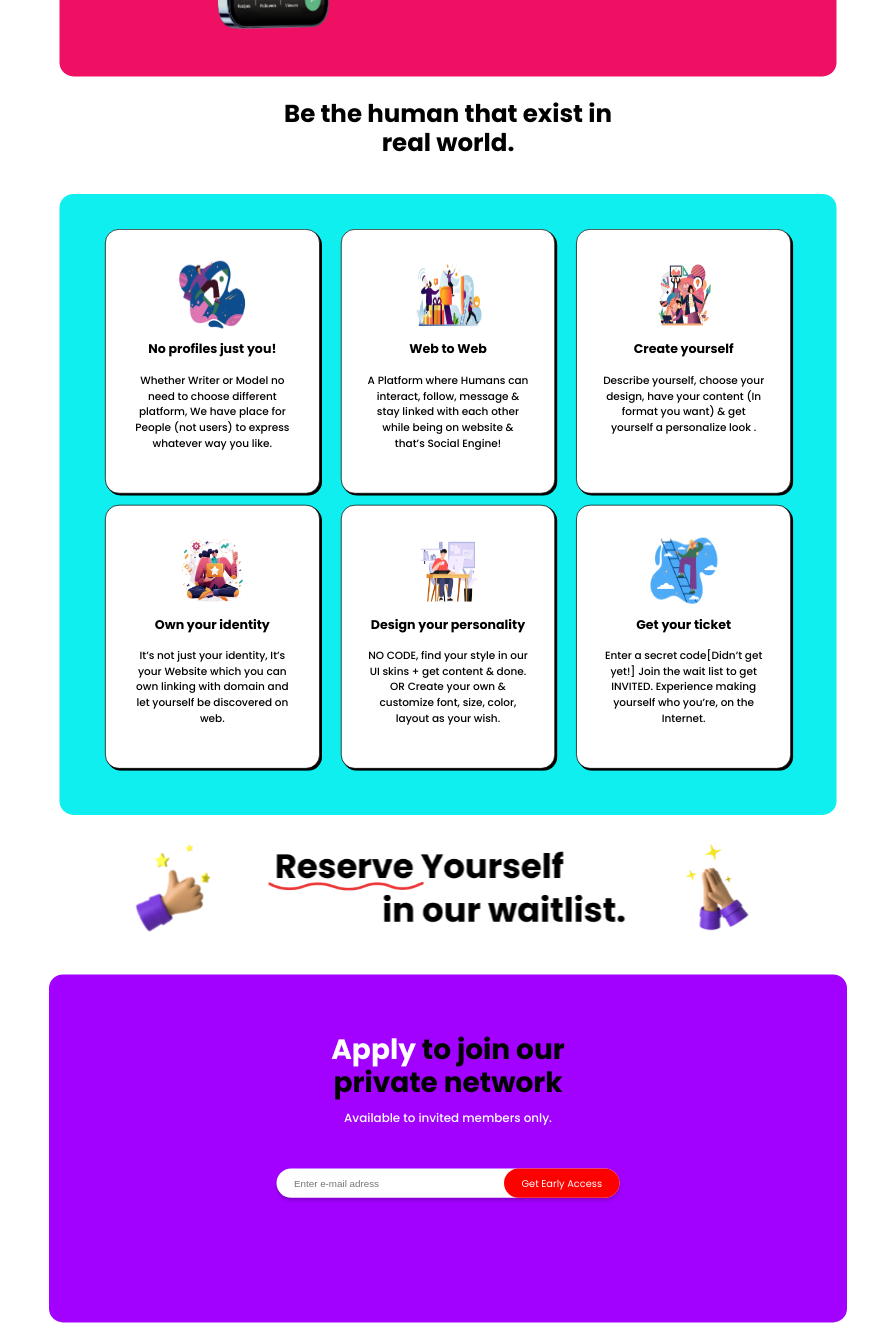
Repository: itsmesikandar/swavy.in.github.io
Page: index.html
The author's editor kept a copy of each file at every save. The page is drawn from the files as they stood at one save, then again after the next save.
The browser window is 1280 px wide. The pictures show the part of the page from y = 3413 to 5333 px (the page is 5329 px tall before and 5333 px after), at 70% of full size.

Above is the page before, as saved 2023-02-24 20:07:27.
Console error: TypeError: Cannot read properties of undefined (reading 'fn')

### index.html
<!DOCTYPE html>
<html lang="en">
<head>
  <title>Swavy | Not Just Social Media</title>
  <link rel="icon" type="image/x-icon" href="/images/favicon.png">
  <meta charset="UTF-8">
  <meta name="viewport" content="width=device-width, initial-scale=1.0">
  <meta http-equiv="X-UA-Compatible" content="ie=edge">
  <link rel="stylesheet" href="vendors/owl-carousel/css/owl.carousel.min.css">
  <link rel="stylesheet" href="vendors/owl-carousel/css/owl.theme.default.css">
  <link rel="stylesheet" href="vendors/mdi/css/materialdesignicons.min.css">
  <link rel="stylesheet" href="vendors/aos/css/aos.css">
  <link rel="stylesheet" href="css/style.min.css">
  <link rel="stylesheet" href="css/style.css">
  <link rel="stylesheet"
        href="https://cdnjs.cloudflare.com/ajax/libs/OwlCarousel2/2.3.4/assets/owl.carousel.min.css"
        integrity="sha512-tS3S5qG0BlhnQROyJXvNjeEM4UpMXHrQfTGmbQ1gKmelCxlSEBUaxhRBj/EFTzpbP4RVSrpEikbmdJobCvhE3g=="
        crossorigin="anonymous" />
  <link rel="stylesheet"
        href="https://cdnjs.cloudflare.com/ajax/libs/OwlCarousel2/2.3.4/assets/owl.theme.default.min.css"
        integrity="sha512-sMXtMNL1zRzolHYKEujM2AqCLUR9F2C4/05cdbxjjLSRvMQIciEPCQZo++nk7go3BtSuK9kfa/s+a4f4i5pLkw=="
        crossorigin="anonymous" />

</head>
<body id="body" data-spy="scroll" data-target=".navbar" data-offset="100">
  <header id="header-section">
    <nav class="navbar navbar-expand-lg pl-3 pl-sm-0 py-4" id="navbar">
      <div class="container">
        <div class="navbar-brand-wrapper d-flex ">
          <h4 style="color:rgb(253, 81, 1); font-size: 18px; font-weight: 600;">#NotJustSocialMedia</h4>
        </div>
      </div>
    </nav>
  </header>
  <div class="content-wrapper">
    <div class="container bg_color_zero">
      <section class="row align-items-center justify-content-center">

        <div class=" col-lg-offset-2 col-lg-5 col-md-6 mt-4 ">
          <div class="">
            <h1 class="m-0 font-wt-h1 mb-4">Discover the best<br> form of yourself</h1>
            <p class="font-wt-h ">Where humans create themselves, not Platform!</p>
            <img onclick="imgClick()" class="mt-2 section-hero" width="60%" src="images/img-top.png" >
          </div>
        </div>
        <div class="col-lg-5 col-md-6 ">
          <div class="py-5" id="imgr">
            <img src="images/vlog.png" >
          </div>
        </div>
      </div>
      <!-- <h1 class="font-weight-semibold margin-top" id="ht">Discover<br>The Best Form Of Yourself</h1>
      <h5 class="font-weight-normal text-muted pb-3">Where humans create themselves, not Platform.</h5>
      <img src="images/hero-img.png" alt="" class="img-fluid"> -->
    </div>
  </div>
      <div class="content-wrapper ">

        <div class="container">

          <section class="features-overview bg_color_first " id="features-section" >

            <div class="content-header  ">
              <h2 class="section-subtitle color-white"><b>Where you can</b></h4>
              <h2 class="color-white"><b>Show what you are but better.</b></h4>
            </div>

            <div class="d-md-flex justify-content-between mx-5">
              <div class="grid-margin justify-content-center bg_color_white box-shadow-3d-a mx-5 px-2">
                <div class="features-width text-center py-3 pt-5">
                  <img src="images/nomore.png" width="100" height="100" alt="" class="img-icons">
                  <h5 class="py-3 font-weigh-sub">No More<br>Default Profiles</h5>
                  <p class="text-muted font-wt-p">Forget that default profile design that matches with Billions other!</p>
                </div>
              </div>
              <div class="grid-margin  justify-content-center bg_color_white box-shadow-3d-b mx-5 px-2">
                <div class="features-width text-center py-3 pt-5">
                  <img src="images/noplatform.jpg" width="100" height="100" alt="" class="img-icons">
                  <h5 class="py-3 font-weigh-sub">No Need Of<br>Different Platform</h5>
                  <p class="text-muted font-wt-p">Does platform limits you expression: some allows video, image or text only?
                  </p>
                </div>
              </div>
              <div class="grid-margin justify-content-center bg_color_white box-shadow-3d-c mx-5 px-2">
                <div class="features-width text-center py-3 pt-5">
                  <img src="images/tenent.png" width="100" height="100" alt="" class="img-icons">
                  <h5 class="py-3 font-weigh-sub">You No Need<br>To Live As Tenant</h5>
                  <p class="text-muted font-wt-p">Own your virtual identity, like you own your real life.~Web+Domain, for free.</p>
                </div>
              </div>
            </div>
          </section>

          <div class="col-12 text-center pb-4">
            <h2 class="section-subtitle mt-5"><b>Bring Your Ideas Into Life</b></h2>
          </div>

          <section class=" features-overview customer-feedback bg_color_second" id="feedback-section">
            <div class="container">
              <div class="row">
                <div class="col-12 paa-5">
                  <div class="owl-carousel owl-theme">
                    <div class="card customer-cards">
                      <img src="images/educator.png"  alt="" >
                    </div>
                    <div class="card customer-cards">
                      <img src="images/creator.png"  alt="" >
                    </div>
                    <div class="card customer-cards">
                      <img src="images/model.png"  alt="" >
                    </div>
                    <div class="card customer-cards">
                      <img src="images/writer.png"  alt="" >
                    </div>
                  </div>
                </div>
              </div>
            </div>

          </section>

          <section class="features-overview bg_color_third " id="features-section" >
            <div class="container">
              <div class="row align-items-center ">
                <div class="col-12  col-lg-offset-1 col-lg-6 grid-margin grid-margin-lg-0 align-left pl-5 pt-5 pb-5 align-items-center justify-content-center" data-aos="fade-right">
                  <h2 class="m-0 font-wt-h3 mb-5">Makes your Personality<br>visible like your<br>Identity.</h2>
                  <div class="col-lg-12  font-wt-wb box-shadow-3d-d">
                    <p class=" font-wt-c mt-2">Whether you are a model who never skips shooting, a blogger who writes about his life and publishes online, or a seller who sends products with happiness.</p>
                    <p class="font-wt-c ">Whatever your personality is, it can now be reflected online, No Different Platform.</p>
                    <h4 class="font-wt-p color-black">#PlaceForAll</h4>
                  </div>
                </div>
                <div class="col-12  col-lg-6  img-digital grid-margin grid-margin-lg-0 pr-5 pt-5 pb-5" data-aos="fade-left">
                  <div class="carousel slide" data-ride="carousel">
                    <div class="carousel-inner">
                      <div class="carousel-item active">
                        <img src="images/vlog.png" alt="" class="img-fluid d-block w-100">
                      </div>
                      <div class="carousel-item ">
                        <img src="images/show.png" alt="" class="img-fluid d-block w-100">
                      </div>
                      <div class="carousel-item ">
                        <img src="images/podcast.png" alt="" class="img-fluid d-block w-100">
                      </div>
                      <div class="carousel-item ">
                        <img src="images/sell.png" alt="" class="img-fluid d-block w-100">
                      </div>
                    </div>
                  </div>
                </div>
              </div>
            </div>
          </section>

          <section class="features-overview bg_color_fourth " id="features-section" >
            <div class="container">
              <div class="row align-items-center ">
                <div class="col-12 col-lg-6  img-digital grid-margin grid-margin-lg-0 pl-5 pt-5 pb-5 " data-aos="fade-right">
                  <div class="carousel slide" data-ride="carousel">
                    <div class="carousel-inner">
                      <div class="carousel-item active">
                        <img src="images/class.png" alt="" class="img-fluid d-block w-100">
                      </div>
                      <div class="carousel-item ">
                        <img src="images/radhika.png" alt="" class="img-fluid d-block w-100">
                      </div>
                      <div class="carousel-item ">
                        <img src="images/news.png" alt="" class="img-fluid d-block w-100">
                      </div>
                    </div>
                  </div>
                </div>
                <div class="col-12 col-lg-6 col-lg-offset-1 grid-margin grid-margin-lg-0 align-left pr-5 pt-5 pb-5" data-aos="fade-left">
                  <h3 class="m-0 font-wt-h3 mb-5">Share your knowledge<br> with people around the world.</h3>
                  <div class="col-lg-12  font-wt-wb box-shadow-3d-d">
                    <p class="font-wt-c mt-2">Now you don't need any medium to publish articles, Don't need to create an app to teach or be on TV to spread your cooking skills.</p>
                    <p class="font-wt-c">Just create, design and connect with everyone, through website to website!.</p>
                    <h4 class="font-wt-p color-black">#PlaceWhereHumanExists</h4>
                  </div>
                </div>
              </div>
            </div>
          </section>

          <div class="col-12 text-center py-4 mt-2">
            <h2><b>Be the human that exist in<br>real world.</b></h2>
          </div>

          <section class="case-studies bg_color_fifth" id="case-studies-section">
            <div class="container">
              <div class="row ">


                <div class="col-12 col-md-6 col-lg-4 stretch-card mb-3 mb-lg-3 " data-aos="zoom-in">
                  <div class="card customer-cards font-wt-wb box-shadow-3d-e">
                    <div class="card-body">
                      <div class="text-center">
                        <img src="images/goalive.png" width="100" height="100" alt="" class="img-customer">
                        <div class="content-divider m-auto"></div>
                        <h6 class="card-title pt-3 font-weigh-sub">No profiles just you!</h6>
                        <p class="m-0 py-3  font-wt-p">Whether Writer or Model no need to choose different platform, We have place for People (not users) to express whatever way you like.</p>
                      </div>
                    </div>
                  </div>
                </div>

                <div class="col-12 col-md-6 col-lg-4 stretch-card mb-3 mb-lg-3 " data-aos="zoom-in" data-aos-delay="200">
                  <div class="card customer-cards card customer-cards font-wt-wb box-shadow-3d-e">
                    <div class="card-body">
                      <div class="text-center">
                        <img src="images/friends.jpg" width="100" height="100" alt="" class="img-customer">
                        <div class="content-divider m-auto"></div>
                        <h6 class="card-title pt-3 font-weigh-sub">Web to Web</h6>
                        <p class="m-0 py-3 font-wt-p">A Platform where Humans can interact, follow, message & stay linked with each other while being on website & that’s Social Engine!</p>
                      </div>
                    </div>
                  </div>
                </div>

                <div class="col-12 col-md-6 col-lg-4 stretch-card mb-3 mb-lg-3" data-aos="zoom-in" data-aos-delay="400">
                  <div class="card customer-cards font-wt-wb box-shadow-3d-e">
                    <div class="card-body">
                      <div class="text-center">
                        <img src="images/create.jpg" width="100" height="100" alt="" class="img-customer">
                        <div class="content-divider m-auto"></div>
                        <h6 class="card-title pt-3 font-weigh-sub">Create yourself</h6>
                        <p class="m-0 py-3 font-wt-p">Describe yourself, choose your design, have your content (In format you want) & get yourself a personalize look .</p>
                      </div>
                    </div>
                  </div>
                </div>

                <div class="col-12 col-md-6 col-lg-4 stretch-card mb-3 mb-lg-3" data-aos="zoom-in" data-aos-delay="600">
                  <div class="card customer-cards font-wt-wb box-shadow-3d-e">
                    <div class="card-body">
                      <div class="text-center">
                        <img src="images/own.jpg" width="100" height="100" alt="" class="img-customer">
                        <div class="content-divider m-auto"></div>
                        <h6 class="card-title pt-3 font-weigh-sub">Own your identity</h6>
                        <p class="m-0 py-3 font-wt-p">It’s not just your identity, It’s your Website which you can own linking with domain and let yourself be discovered on web.</p>
                      </div>
                    </div>
                  </div>
                </div>

                <div class="col-12 col-md-6 col-lg-4 stretch-card mb-3 mb-lg-3" data-aos="zoom-in" data-aos-delay="400">
                  <div class="card customer-cards font-wt-wb box-shadow-3d-e">
                    <div class="card-body">
                      <div class="text-center">
                        <img src="images/design.jpg" width="100" height="100" alt="" class="img-customer">
                        <div class="content-divider m-auto"></div>
                        <h6 class="card-title pt-3 font-weigh-sub">Design your personality</h6>
                        <p class="m-0 py-3 font-wt-p">NO CODE, find your style in our UI skins + get content & done. OR Create your own & customize font, size, color, layout as your wish.</p>
                      </div>
                    </div>
                  </div>
                </div>

                <div class="col-12 col-md-6 col-lg-4 stretch-card mb-3 mb-lg-3" data-aos="zoom-in" data-aos-delay="600">
                  <div class="card customer-cards font-wt-wb box-shadow-3d-e">
                    <div class="card-body">
                      <div class="text-center">
                        <img src="images/ticket.png" width="100" height="100" alt="" class="img-customer">
                        <div class="content-divider m-auto"></div>
                        <h6 class="card-title pt-3 font-weigh-sub">Get your ticket</h6>
                        <p class="m-0 py-3 font-wt-p">Enter a secret code[Didn’t get yet!] Join the wait list to get INVITED. Experience making yourself who you’re, on the Internet.</p>
                      </div>
                    </div>
                  </div>
                </div>

              </div>
            </div>
          </section>

        </div>

        <div class="content-wrapper ">
          <div class="container">
              <div class="row justify-content-center align-items-center">
                  <div class="col-sm-2 col-md-2 col-lg-2" data-aos="zoom-in">
                    <img  src="images/img-left.png" alt="" class="img-fluid">
                  </div>
                  <div class="col-sm-8 col-md-8 col-lg-6 " data-aos="zoom-in">
                    <img  src="images/img-middle.png" alt="" class="img-fluid">
                  </div>
                  <div class="col-sm-2 col-md-2 col-lg-2 " data-aos="zoom-in">
                    <img  src="images/img-right.png" alt="" class="img-fluid">
                  </div>
              </div>
          </div>
        </div>


        <section class="text-center align-items-center " id="page-bottom" >
          <div class="container  bg_color_sixth ">
            <div class="contact-us-bgimage py-2 grid-margin " >
              <div class="py-4">
                <h1 class="px-3 px-md-0 m-0 fw" data-aos="fade-down"><span class="color-white">Apply</span> to join our<br>private network</h1>
                <h6 class="mt-3 color-white">Available to invited members only.</h6>
              </div>

              <div data-aos="fade-up" >
                <div class="col-12  offset-sm-3 col-sm-6 offset-sm-3 offset-lg-3 col-lg-6 offset-lg-3 ">
                  <form name="submit-to-google-sheet" id="myForm">
                    <div class="form-controlto">
                      <input type="email" name="Email" id="Email"  class="inputto" placeholder="Enter e-mail adress" />
                      <button type="submit" class="btnto">Get Early Access</button>
                    </div>
                    <!-- <input type="email" name="Email" class="input-form-control r-20" id="Email" placeholder="Email id">
                    <div class="pt-3">
                      <button  type="submit" class="btn btn-danger font-weight-medium r-20">Get Early Access</button>
                    </div>  -->
                  </form>
                </div>
              </div>
            </div>
          </div>
        </section>

        <!-- <div class="content-wrapper">
          <div class="container text-center justify-content-center">
            <div class="box align-items-center justify-content-center text-center">
              <div class="form-controlto text-center justify-content-center">
                <input type="email" name="Email" id="Email"  class="inputto" placeholder="Enter e-mail adress" />
                <button type="submit" class="btnto">Get Early Access</button>
              </div>
            </div>
          </div>
        </div> -->
      </div>

  <script>
       !function(){var analytics=window.analytics=window.analytics||[];if(!analytics.initialize)if(analytics.invoked)window.console&&console.error&&console.error("Segment snippet included twice.");else{analytics.invoked=!0;analytics.methods=["trackSubmit","trackClick","trackLink","trackForm","pageview","identify","reset","group","track","ready","alias","debug","page","once","off","on","addSourceMiddleware","addIntegrationMiddleware","setAnonymousId","addDestinationMiddleware"];analytics.factory=function(e){return function(){var t=Array.prototype.slice.call(arguments);t.unshift(e);analytics.push(t);return analytics}};for(var e=0;e<analytics.methods.length;e++){var key=analytics.methods[e];analytics[key]=analytics.factory(key)}analytics.load=function(key,e){var t=document.createElement("script");t.type="text/javascript";t.async=!0;t.src="https://cdn.segment.com/analytics.js/v1/" + key + "/analytics.min.js";var n=document.getElementsByTagName("script")[0];n.parentNode.insertBefore(t,n);analytics._loadOptions=e};analytics._writeKey="sy1jEkZRdvqaCf5dOWhj4yyXbsgHlnL4";;analytics.SNIPPET_VERSION="4.15.3";
        analytics.load("sy1jEkZRdvqaCf5dOWhj4yyXbsgHlnL4");
        analytics.page();
        }}();


    const scriptURL = 'https://script.google.com/macros/s/AKfycbxXpgQgQMZqhFNl4IiDehqWTr5-PkKsvUA7oIWJAg1q1VEVA7wHIRvszY07XR8cTBPduQ/exec'
    const form = document.forms['submit-to-google-sheet']
    //const formm = document.forms['submit-to-google-sheet']
    const fr = document.getElementById("myForm")

    const toSroll = document.getElementById("page-bottom")

    function imgClick() {
      toSroll.scrollIntoView({behavior:"smooth"})
    }

    // document.getElementById("gcode").onclick() = function() {
    //   console.error(" Clicked is working fine ")
    // }


    form.addEventListener('submit', e => {
      e.preventDefault()
      fetch(scriptURL, { method: 'POST', body: new FormData(form)})
        .then(response =>
        fr.reset())
        .catch(error => console.error('Error!!!!!!', error.message))
    })

  </script>
  <script src="https://cdnjs.cloudflare.com/ajax/libs/OwlCarousel2/2.3.4/owl.carousel.min.js"
  integrity="sha512-bPs7Ae6pVvhOSiIcyUClR7/q2OAsRiovw4vAkX+zJbw3ShAeeqezq50RIIcIURq7Oa20rW2n2q+fyXBNcU9lrw=="
  crossorigin="anonymous"></script>
  <script src="vendors/jquery/jquery.min.js"></script>
  <script src="vendors/bootstrap/bootstrap.min.js"></script>
  <script src="vendors/owl-carousel/js/owl.carousel.min.js"></script>
  <script src="vendors/aos/js/aos.js"></script>
  <script src="js/landingpage.js"></script>
</body>
</html>

### js/landingpage.js
// HEADER ANIMATION
window.onscroll = function() {scrollFunction()};
var element = document.getElementById("body");
function scrollFunction() {
  if (document.body.scrollTop > 400 || document.documentElement.scrollTop > 400) {
      $(".navbar").addClass("fixed-top");
      element.classList.add("header-small");
      $("body").addClass("body-top-padding");

  } else {
      $(".navbar").removeClass("fixed-top");
      element.classList.remove("header-small");
      $("body").removeClass("body-top-padding");
  }
}

// OWL-CAROUSAL
$('.owl-carousel').owlCarousel({
    items: 3,
    loop:true,
    nav:false,
    dot:true,
    autoplay: true,
    slideTransition: 'linear',
    autoplayHoverPause: true,
    responsive:{
      0:{
          items:1
      },
      600:{
          items:2
      },
      1000:{
          items:3
      }
  }
})

// SCROLLSPY
$(document).ready(function() {
  $(".nav-link").click(function() {
      var t = $(this).attr("href");
      $("html, body").animate({
          scrollTop: $(t).offset().top - 75
      }, {
          duration: 1000,
      });
      $('body').scrollspy({ target: '.navbar',offset: $(t).offset().top });
      return false;
  });

});

// AOS
AOS.init({
    offset: 120,
    delay: 0,
    duration: 1200,
    easing: 'ease',
    once: true,
    mirror: false,
    anchorPlacement: 'top-bottom',
    disable: "mobile"
  });

//SIDEBAR-OPEN
  $('#navbarSupportedContent').on('hidden.bs.collapse', function () {
    $("body").removeClass("sidebar-open");
  })

  $('#navbarSupportedContent').on('shown.bs.collapse', function () {
    $("body").addClass("sidebar-open");
  })


  window.onresize = function() {
    var w = window.innerWidth;
    if(w>=992) {
      $('body').removeClass('sidebar-open');
      $('#navbarSupportedContent').removeClass('show');
    }
  }

Loaded but not shown: vendors/owl-carousel/css/owl.carousel.min.css (library); vendors/owl-carousel/css/owl.theme.default.css (common file); vendors/mdi/css/materialdesignicons.min.css (library); vendors/aos/css/aos.css (library); css/style.min.css (library); css/style.css (library); vendors/jquery/jquery.min.js (library); vendors/bootstrap/bootstrap.min.js (library); vendors/owl-carousel/js/owl.carousel.min.js (library); vendors/aos/js/aos.js (library)

After the next save:
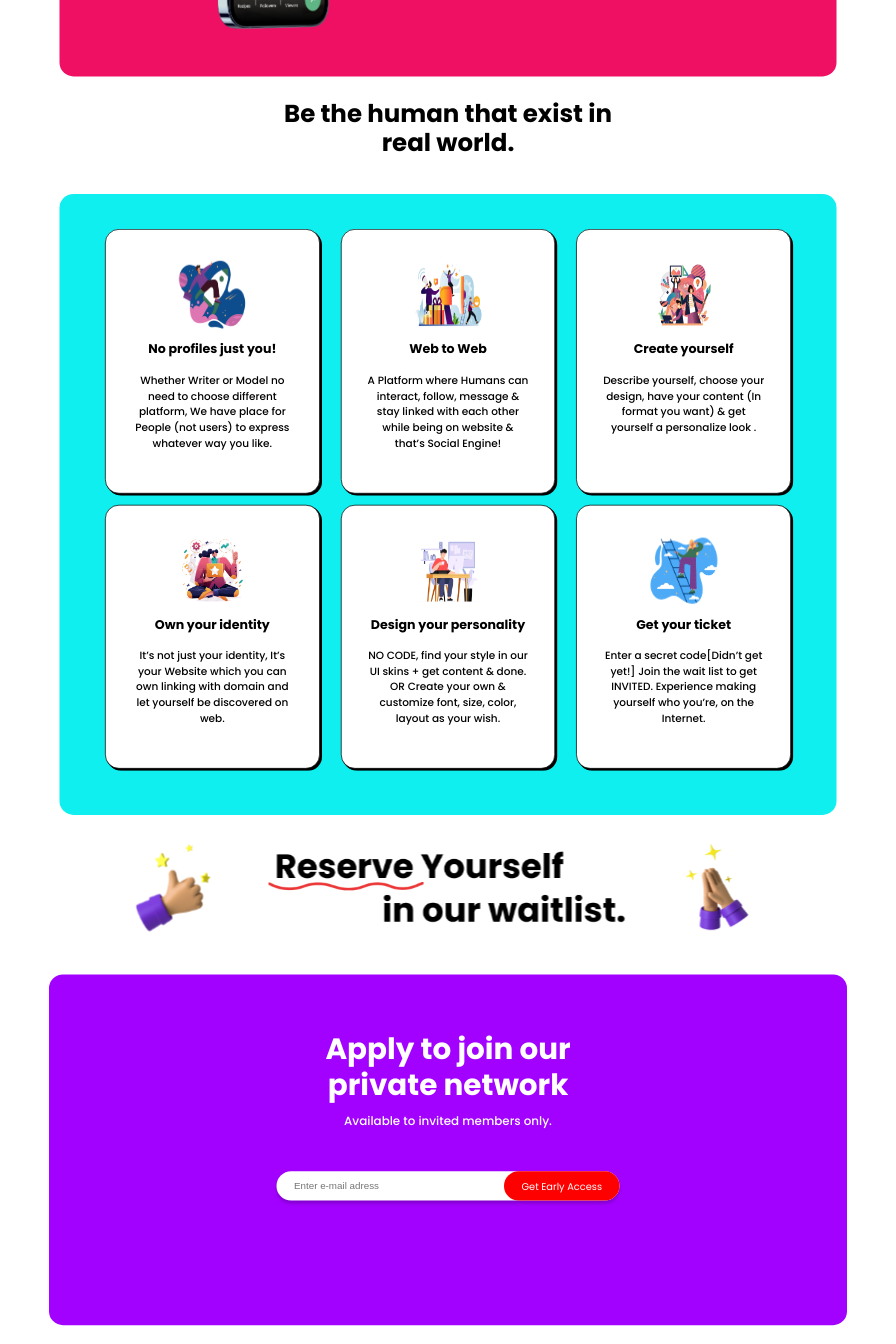
Saved 3 min 46 s later.
--- a/index.html
+++ b/index.html
@@ -296,7 +296,7 @@
           <div class="container  bg_color_sixth ">
             <div class="contact-us-bgimage py-2 grid-margin " >
               <div class="py-4">
-                <h1 class="px-3 px-md-0 m-0 fw" data-aos="fade-down"><span class="color-white">Apply</span> to join our<br>private network</h1>
+                <h1 class="px-3 font-wt-h1 px-md-0 m-0 fw" data-aos="fade-down"><span class="color-white">Apply</span> to join our<br>private network</h1>
                 <h6 class="mt-3 color-white">Available to invited members only.</h6>
               </div>
 
